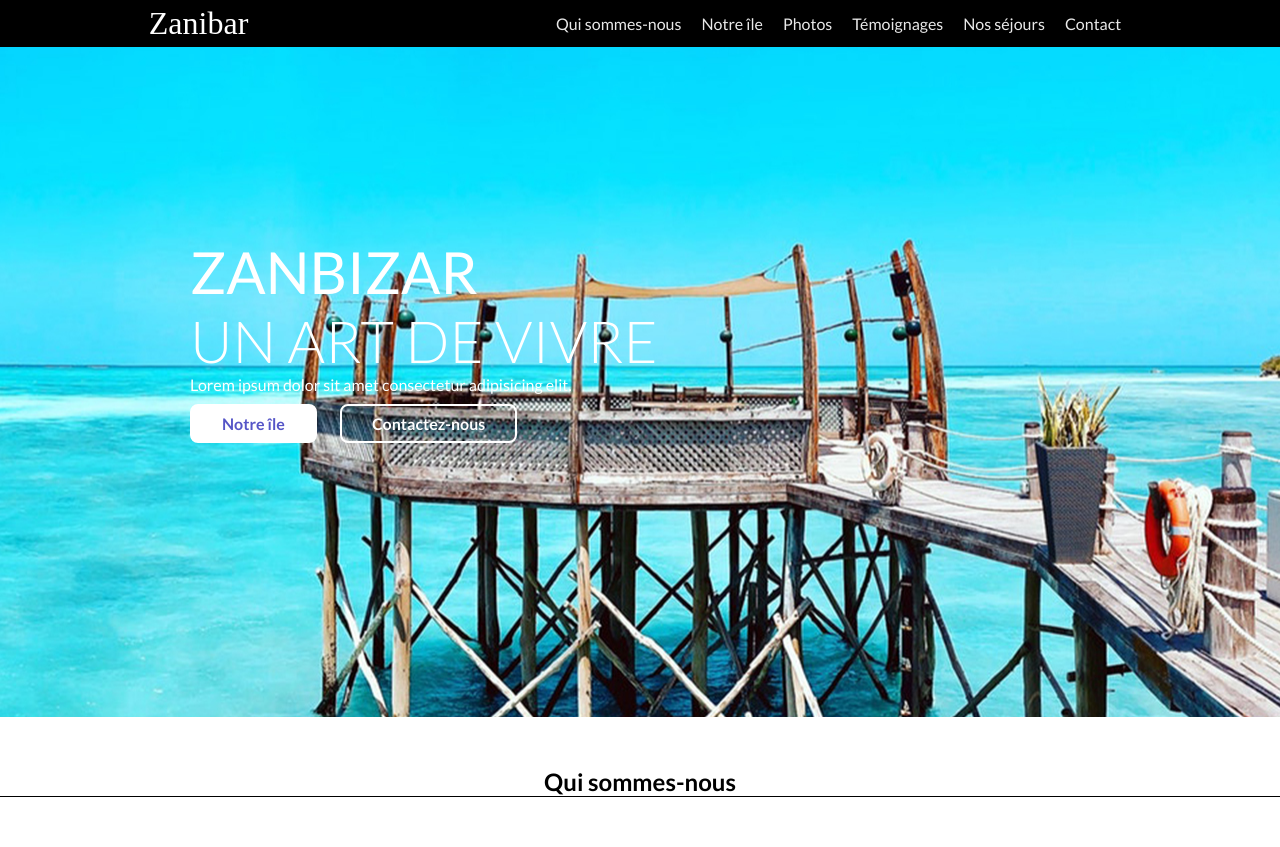
Repository: ypiard85/zanzibar
Page: index.html
The author's editor kept a copy of each file at every save. The page is drawn from the files as they stood at one save, then again after the next save.
The browser window is 1280 px wide. The pictures show the whole page.
Some web fonts or font styles are not loaded; a fallback is used.

Above is the page before, as saved 2021-02-23 15:31:09.

### index.html
<!DOCTYPE html>
<html lang="en">
<head>
    <meta charset="UTF-8">
    <meta http-equiv="X-UA-Compatible" content="IE=edge">
    <meta name="viewport" content="width=device-width, initial-scale=1.0">
    <link rel="stylesheet" href="font/font.css">
    <link rel="stylesheet" href="./style.css">
    <link href="https://fonts.googleapis.com/css?family=Lato:300,400,700" rel="stylesheet">
    <link href="https://fonts.googleapis.com/css?family=Sanchez" rel="stylesheet">
    <title>Document</title>
</head>
<body>
    <div class="wrapper">
        <header role="header">
            <nav class="nav">
                <div class="nav_left">
                    <a href="">
                        Zanibar
                    </a>
                </div>
                <ul class="nav_link">
                    <li><a href="">Qui sommes-nous</a></li>
                    <li><a href="">Notre île</a></li>
                    <li><a href="">Photos</a></li>
                    <li><a href="">Témoignages</a></li>
                    <li><a href="">Nos séjours</a></li>
                    <li><a href="">Contact</a></li>
                </ul>
            </nav>
        </header>
        <section class="image_thumbnail">
            <div class="content_thumbnail">
                <p class="titlte_first">ZANBIZAR</p>
                <p class="title_second">UN ART DE VIVRE</p>
                <p>Lorem ipsum dolor sit amet consectetur adipisicing elit.</p>
                <a href="" class="btn_plein">Notre île</a>
                <a href="" class="btn_empty">Contactez-nous</a>
            </div>
        </section>
        <section class="about">
            <div class="title">
                <h1>Qui sommes-nous</h1>
            </div>
        </section>
    </div>
</body>
</html>

### font/font.css
/*! Generated by Font Squirrel (https://www.fontsquirrel.com) on June 4, 2019 */



@font-face {
    font-family: 'warnesregular';
    src: url('warnes-regular-webfont.eot');
    src: url('warnes-regular-webfont.eot?#iefix') format('embedded-opentype'),
         url('warnes-regular-webfont.woff2') format('woff2'),
         url('warnes-regular-webfont.woff') format('woff'),
         url('warnes-regular-webfont.ttf') format('truetype'),
         url('warnes-regular-webfont.svg#warnesregular') format('svg');
    font-weight: normal;
    font-style: normal;

}

### style.css
:root{
    --font-family-title: "warnesregular";
    --guillemet-citation: "Sanchez", serif;
    --font-size-title-medium: "58px";
}

*{
    margin: 0;
    padding: 0;
    box-sizing: content-box;
    list-style: none;
    text-decoration: none;
}

html {
    background-color: #fff;
    font-family: "Lato", "Arial", sans-serif;
}


.nav{
    background: black;
    display: flex;
    justify-content: space-around;
    align-items: center;
    padding: 5px 0;
}

.nav *{
    color: #fff;
}

.nav_left a{
    font-family: var(--font-family-title);
    font-size: 32px;
}

.nav_link{
    display: flex;
}

.nav_link li a{
    color: rgb(233, 233, 233);
    margin: 0 10px;

}

.image_thumbnail{
    background-image: url('./header.jpg');
    background-repeat: no-repeat;
    background-position: center right;
    height: 93vh;

}

.content_thumbnail{
    padding: 190px;
    color: #fff;
}

.content_thumbnail .titlte_first{
    font-size: 58px;
}

.content_thumbnail .title_second{
    font-size: 58px;
    font-weight: 100;
}

.content_thumbnail > a{
    display: inline-block;
    margin-top: 10px;
    padding: 8px 30px;
    border-radius: 8px;
    border: 2px solid #fff;
    margin-right: 20px;
    font-weight: 600;
}

.btn_plein{
    background-color: white;
    color: rgb(85, 85, 199);
}

.btn_empty{
    background-color: transparent;
    color: #fff;
}

.about{
    padding: 50px 0;
}

.about > .title{
    text-align: center;
    border-bottom: 1px solid black;
    font-weight: 100;

}

After the next save:
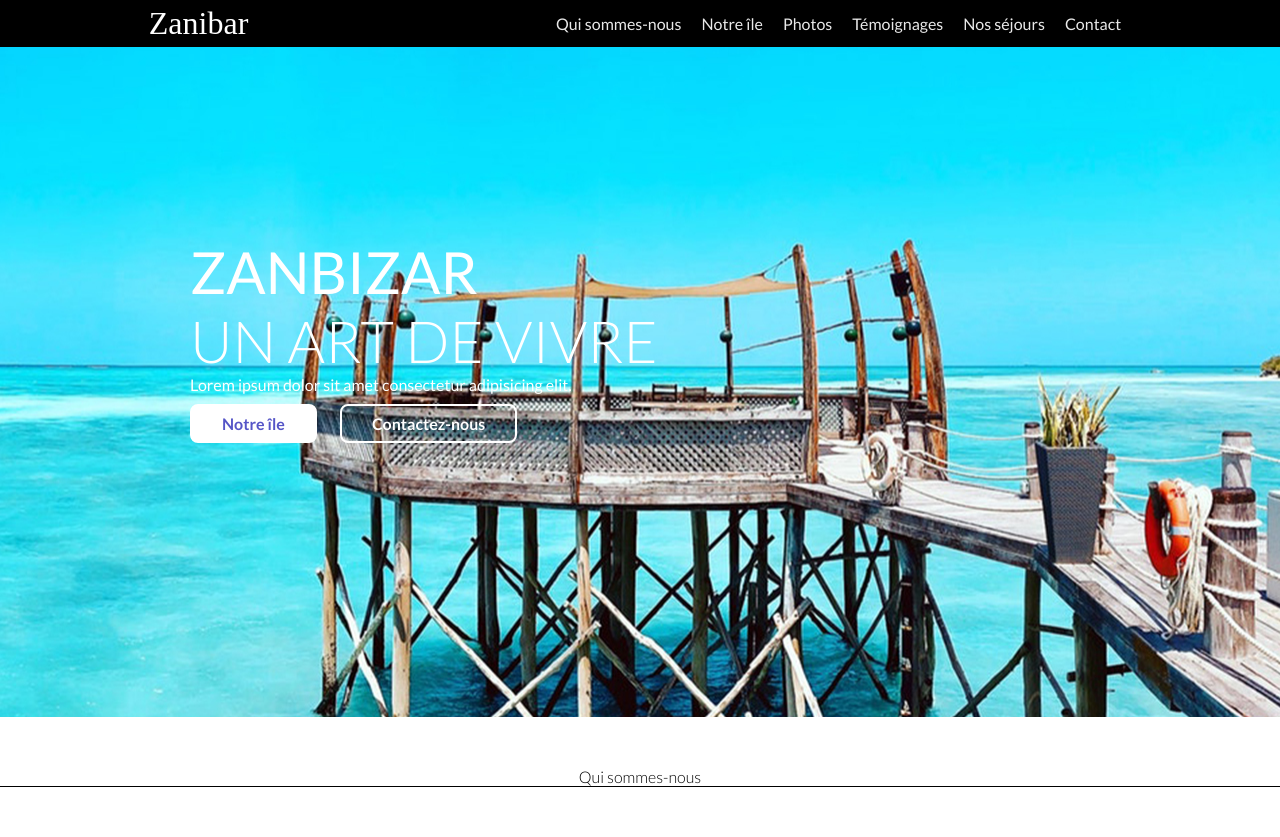
Saved 14 s later.
--- a/index.html
+++ b/index.html
@@ -40,7 +40,7 @@
         </section>
         <section class="about">
             <div class="title">
-                <h1>Qui sommes-nous</h1>
+                <p>Qui sommes-nous</p>
             </div>
         </section>
     </div>
